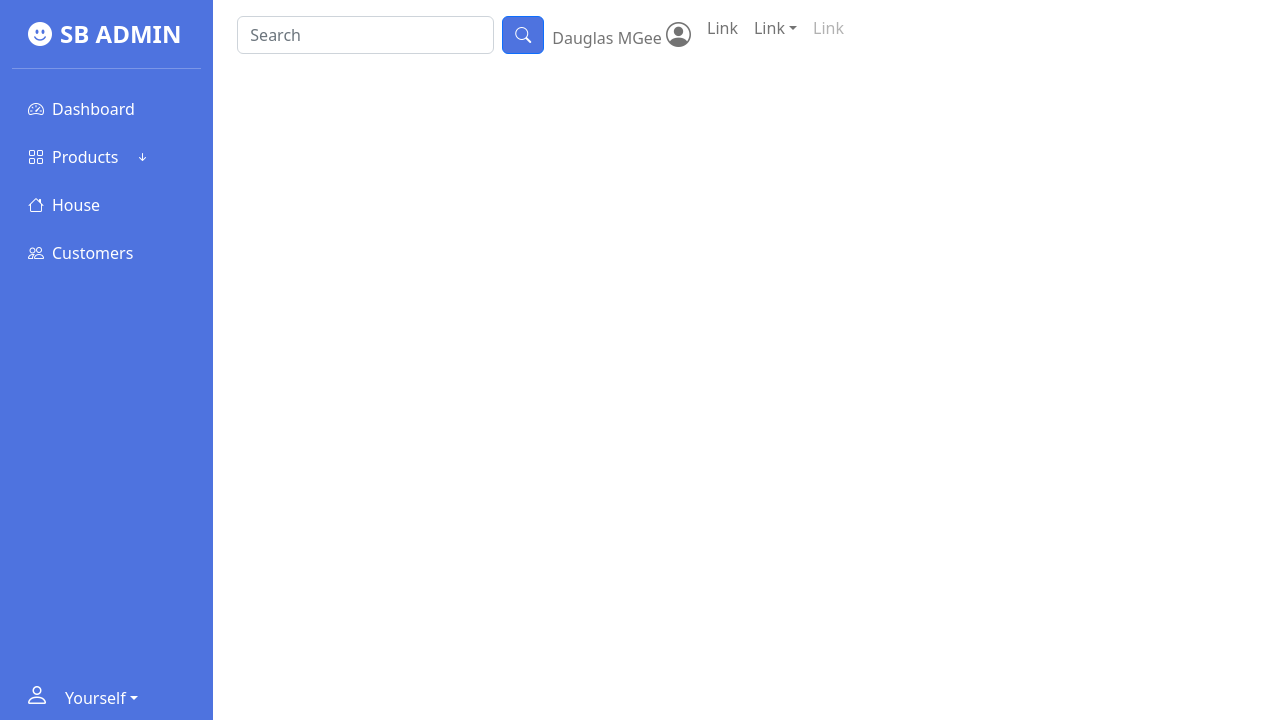
Repository: iqbalaamir/dashboard
Page: /
The author's editor kept a copy of each file at every save. The page is drawn from the files as they stood at one save, then again after the next save.
The browser window is 1280 px wide. The pictures show the whole page.
The project was rebuilt for these pictures with package versions that can differ from the ones it lists, and the page was loaded fresh each time. Also part of the build but not shown: src/App.css.

Above is the page before, as saved 2023-04-24 17:51:03.

After the next save:
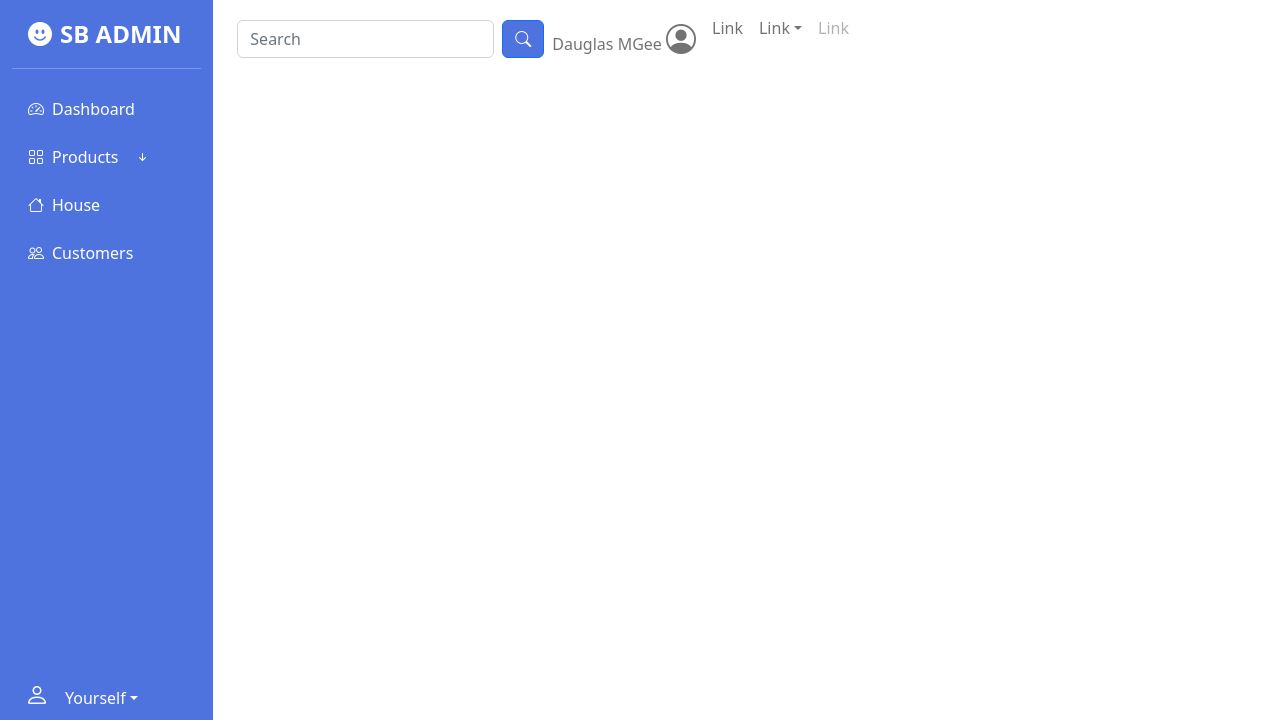
Saved 4 s later.
--- a/src/components/NavbarComponent.js
+++ b/src/components/NavbarComponent.js
@@ -27,7 +27,7 @@ function NavbarComponent() {
           >
             <Nav.Link href="#action1">
               {" "}
-            <span>Dauglas MGee</span>  <i class="bi bi-person-circle" style={{fontSize:25}}></i>
+            <span>Dauglas MGee</span>  <i class="bi bi-person-circle" style={{fontSize:30}}></i>
             </Nav.Link>
             <Nav.Link href="#action2">Link</Nav.Link>
             <NavDropdown title="Link" id="navbarScrollingDropdown">
